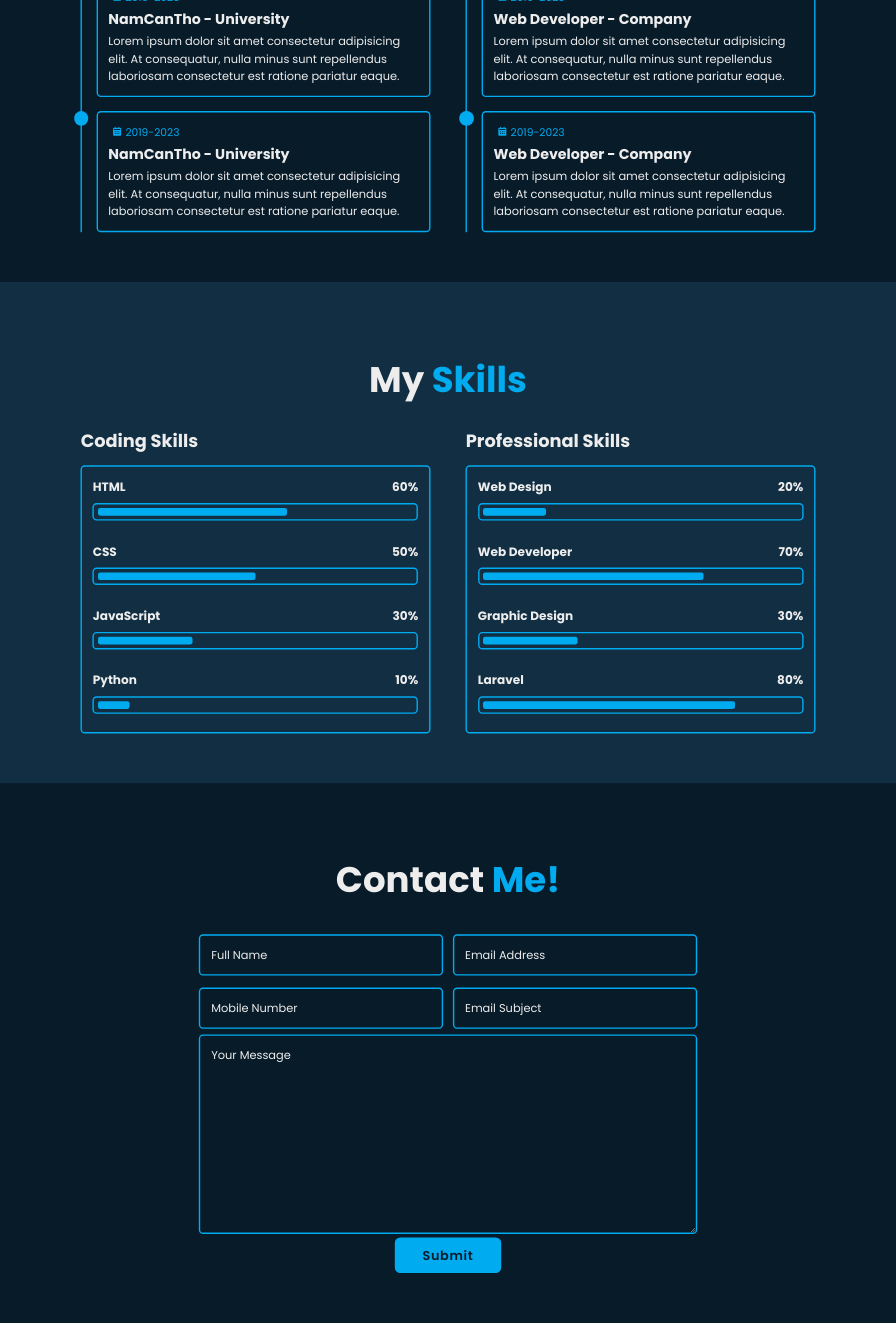
Repository: Tanty102/About_Me
Page: index.html
The author's editor kept a copy of each file at every save. The page is drawn from the files as they stood at one save, then again after a run of saves.
The browser window is 1280 px wide. The pictures show the part of the page from y = 2014 to 3934 px (the page is 3904 px tall before and 3934 px after), at 70% of full size.

Above is the page before, as saved 2023-09-12 21:40:56.

After the next 5 saves:
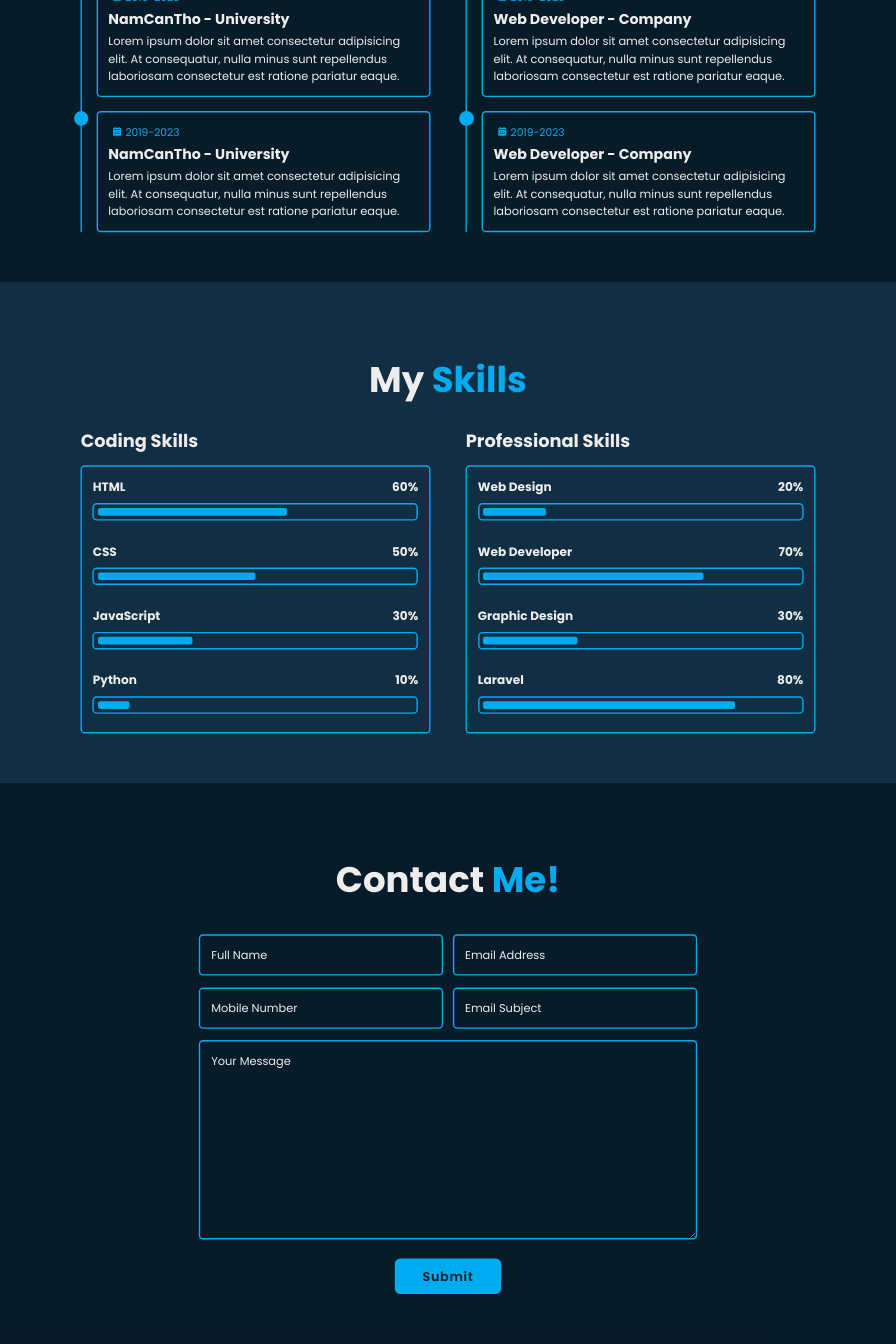
The 5 saves are shown as one change because they came seconds apart.
The last was saved 14 s later.
--- a/style.css
+++ b/style.css
@@ -536,5 +536,6 @@ span {
 
 .contact form .textarea-field {
   position: relative;
-  margin: .;
-}
+  margin: 0.8rem 0 2.7rem;
+  display: flex;
+}
